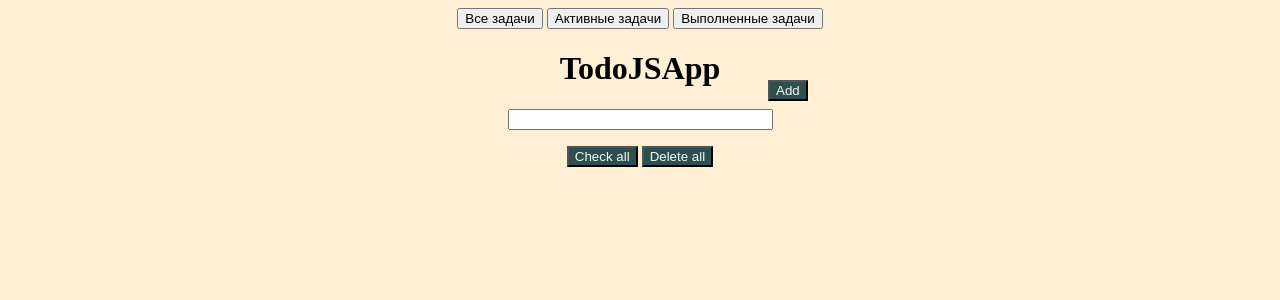
Repository: Follle/Todo
Page: index.html
The author's editor kept a copy of each file at every save. The page is drawn from the files as they stood at one save, then again after the next save.
The browser window is 1280 px wide. The pictures show the whole page.

Above is the page before, as saved 2024-03-25 11:58:21.
Console error: TypeError: Cannot read properties of null (reading 'addEventListener')

After the next save:
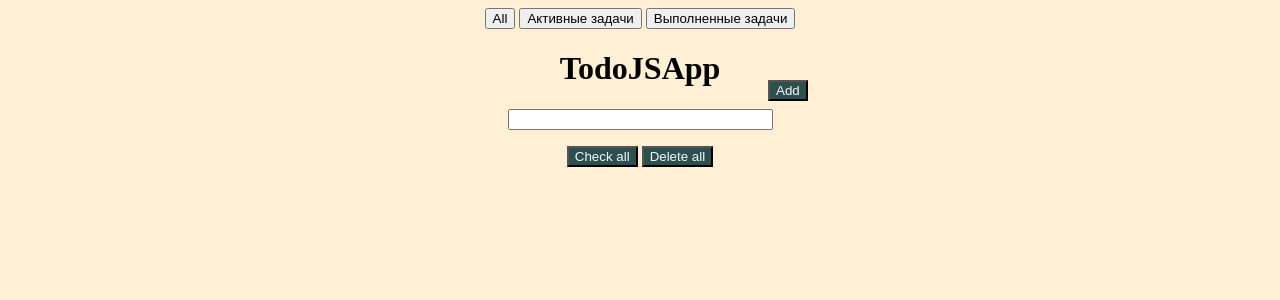
Saved 107 s later.
--- a/index.html
+++ b/index.html
@@ -13,7 +13,7 @@
   </style>
  </head>
  <body>
-  <button onclick="displayTasks('all')">Все задачи</button>
+  <button onclick="displayTasks('all')">All</button>
   <button onclick="displayTasks('active')">Активные задачи</button>
   <button onclick="displayTasks('completed')">Выполненные задачи</button>
 
